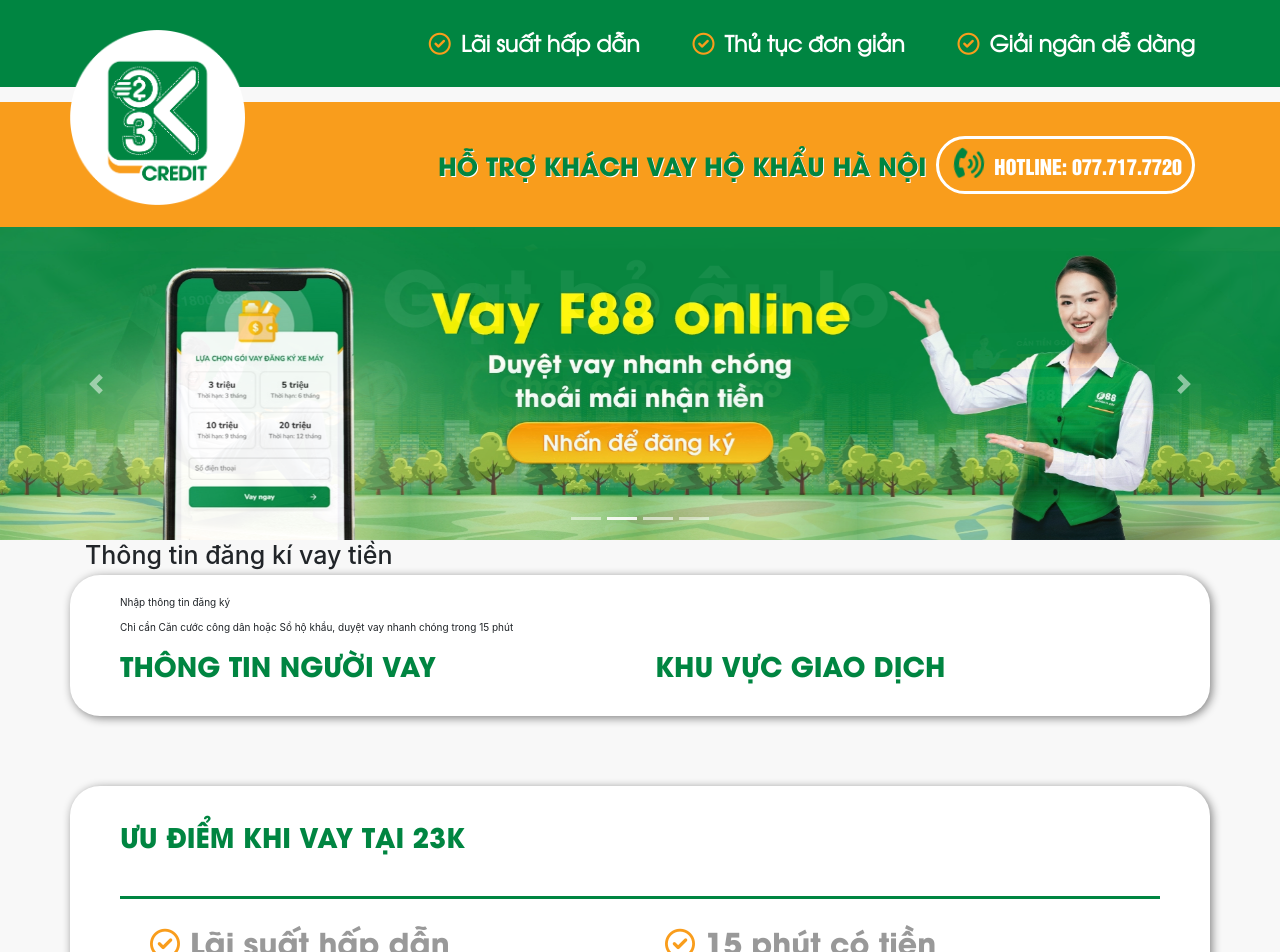
Repository: anhtu2110/23k.vn
Page: theme/index.html
An editor plug-in stored every save of this project. The page is shown before and after the next save, followed by the edit.
The browser window is 1280 px wide. The pictures show the part of the page from y = 0 to 952 px (the page is 2120 px tall).
A picture or video elsewhere on the page could not be fetched, so the positions and the page height are approximate.

Above is the page before, as saved 2022-12-29 23:18:46.

After the next save:
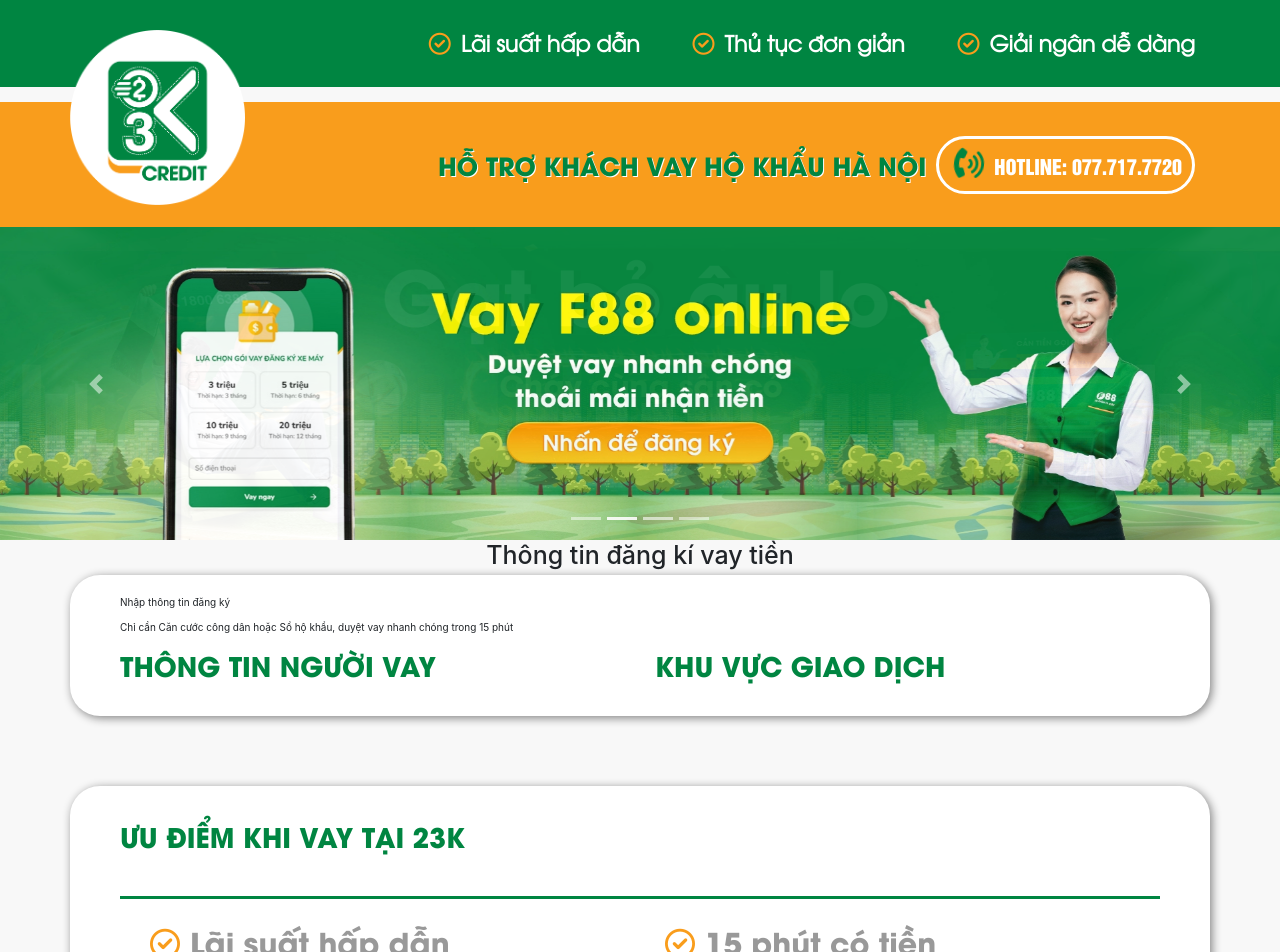
Saved 76 s later.
--- a/theme/index.html
+++ b/theme/index.html
@@ -98,7 +98,7 @@
             </section>
             <!-- END HOME-BANNER  -->
             <div id="wp-info-reg">
-                <div class="container">
+                <div class="container text-md-center">
                     <h1>Thông tin đăng kí vay tiền</h1>
                 </div>
                 <div id="wp-form-reg" class="container box">
